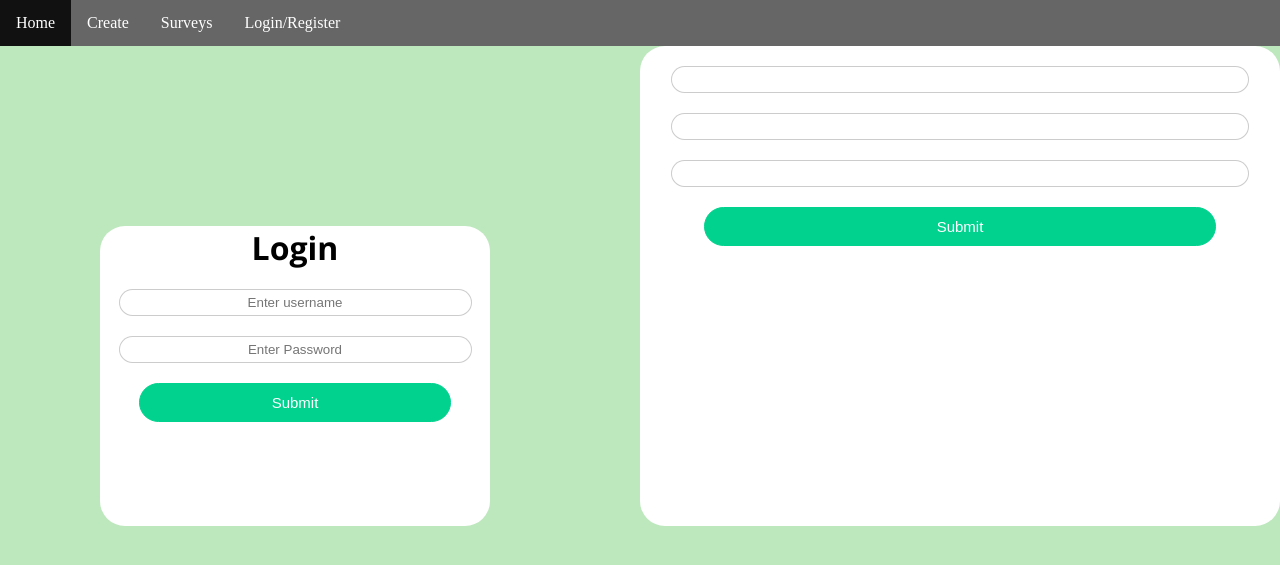
Repository: cakuang1/QuickSurveyReact
Page: /login
These files come from the project's save history. The page is drawn as it stood at one moment and after the next save; the edit follows.
The browser window is 1280 px wide. The pictures show the whole page.
The project was rebuilt for these pictures with package versions that can differ from the ones it lists, and the page was loaded fresh each time. Also part of the build but not shown: src/pages/create.js, src/pages/home.js, src/pages/pastsurveys.js.

Above is the page before, as saved 2022-07-21 15:55:46.

### src/index.css
* {
  padding: 0;
  margin: 0;
}

body {


  background-color: rgb(189, 231, 189);



}

### src/App.js
import Create from './pages/create'
import Home from './pages/home'
import CreatedSurveys from './pages/pastsurveys'
import Nav from './components/Nav/Nav';
import Login from "./pages/login"

import {BrowserRouter,Route,Routes} from "react-router-dom";





function App() {
  return (
  <BrowserRouter>
    <Nav/>



    <Routes>
      <Route path='/' element = {<Home/>}></Route>
      <Route path = 'create' element = {<Create/>}></Route>
      <Route path = 'created' element = {<CreatedSurveys/>}></Route>
      <Route path = 'login' element = {<Login/>}></Route>
    </Routes>

  </BrowserRouter>

  );
}

export default App;

### src/components/Nav/Nav.js
import React,{useState} from "react";
import { NavLink } from "react-router-dom";
import './nav.css'



export default function Nav() {

    return (
        <div className="Nav">
            <ul>
                <li className="nav"><NavLink to = "/">Home</NavLink></li>
                <li className="nav"><NavLink to = "create">Create</NavLink></li>
                <li className="nav"><NavLink to = "created">Surveys</NavLink></li>
                <li className="nav"><NavLink to = "login">Login/Register</NavLink></li>
            </ul>
        </div>
    )




}

### src/pages/login.js
import React from 'react'
import './login.css'


function Loginform() {
  function handleSubmit() {




  }
  return (
    <div className='loginform'>
      <h1 className='logintitle'>Login</h1>
      <form>
        <div className="input-container">

          <input type="text" placeholder = "Enter username" name="uname" required />

        </div>
        <div className="input-container">

          <input type="password" placeholder = "Enter Password" name="pass" required />

        </div>
        <div className="button-container">
          <input type="submit" />
        </div>
      </form>
    </div>
  )



}


function Registerform() {


  function handleSubmit() {



  }
  return (
  <div className='registerform'>
    <h1></h1>
      <form>
        <div className="input-container">
          <input type="text" name="uname" placeholder='' required />

        </div>
        <div className="input-container">
          <input type="password" name="pass" required />

        </div>
        <div className="input-container">
          <input type="password" name="passchecker" required />

        </div>
        <div className="button-container">
          <input type="submit" />
        </div>
      </form>
  </div>
  )




}







export default function Login() {

  return (
    <div className='lrcontainer'>
      <div className='logincontainer'>
        <Loginform/>
      </div>
      <div className='registercontainer'>
        <Registerform/>
      </div>
    </div>

  )
}

### src/pages/home.css
h1 {



}


ol {
    font-size: large;




}

### src/components/Nav/nav.css
ul {
    list-style-type: none;
    margin: 0;
    padding: 0;
    overflow: hidden;
    background-color: #666;
  }

  .nav {
    float: left;
  }

  .nav a {
    display: block;
    color: white;
    text-align: center;
    padding: 14px 16px;
    text-decoration: none;
  }



  /* Change the link color to #111 (black) on hover */
  .nav a:hover {
    background-color: #111;
  }

### src/pages/login.css
@import url(https://fonts.googleapis.com/css?family=Open+Sans:400,700);


.lrcontainer {
    display: flex;
}

.logincontainer {
    width: 50%;
    height: 100%;

}

.loginform {
    background-color: white;
    margin: 180px 150px 0px 100px;
    height: 300px;
    border-radius: 25px;
    font-family: 'Open Sans', sans-serif;

}

.logintitle {
    text-align: center;


}

.registercontainer {
    width:50%
}

input[type="text"],
input[type="password"] {
    border-radius: 25px;
  height: 25px;
  border: 1px solid rgba(0, 0, 0, 0.2);
  margin-bottom: 10px;
  align-items: center;
  text-align: center;
  width: 90%;
  margin: 20px auto;
  display: block;
}
input[type="submit"] {
    border-radius: 25px;
    margin-top: 10px;
    cursor: pointer;
    font-size: 15px;
    background: #01d28e;
    border: 1px solid #01d28e;
    color: #fff;
    padding: 10px 20px;
    width: 80%;
    margin: 10px auto;
    display: block;
  }

  .registercontainer {
    background-color: white;
    border-radius: 25px;


  }

Loaded but not shown: public/index.html (common file); src/index.js (common file)

After the next save:
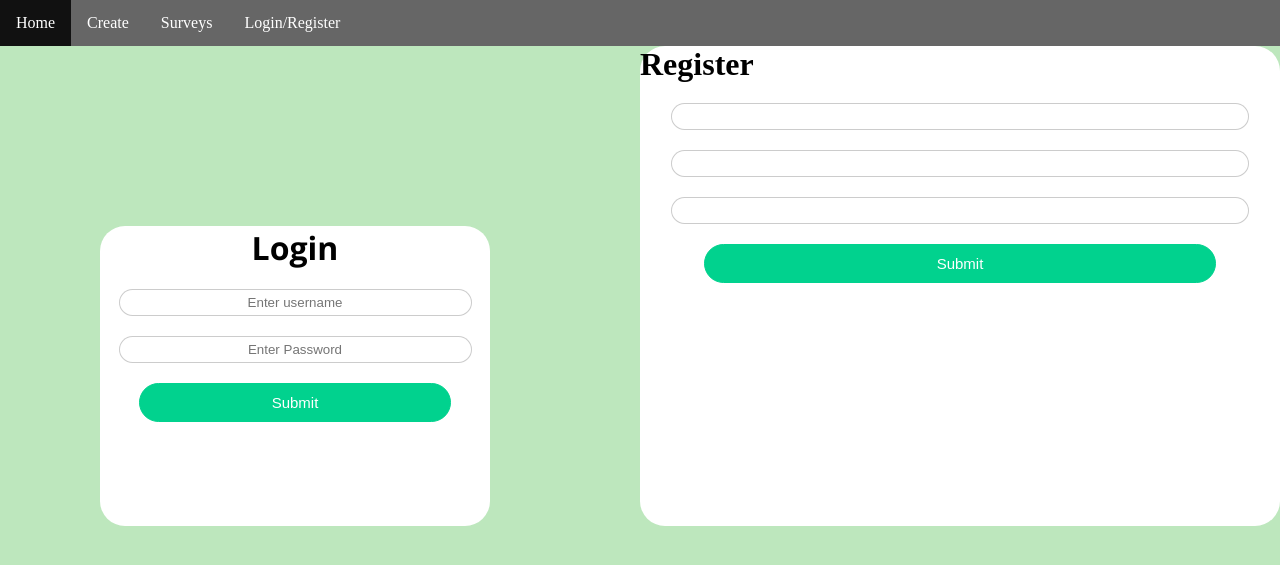
Saved 4 s later.
--- a/src/pages/login.js
+++ b/src/pages/login.js
@@ -45,7 +45,7 @@ function Registerform() {
   }
   return (
   <div className='registerform'>
-    <h1></h1>
+    <h1>Register</h1>
       <form>
         <div className="input-container">
           <input type="text" name="uname" placeholder='' required />
